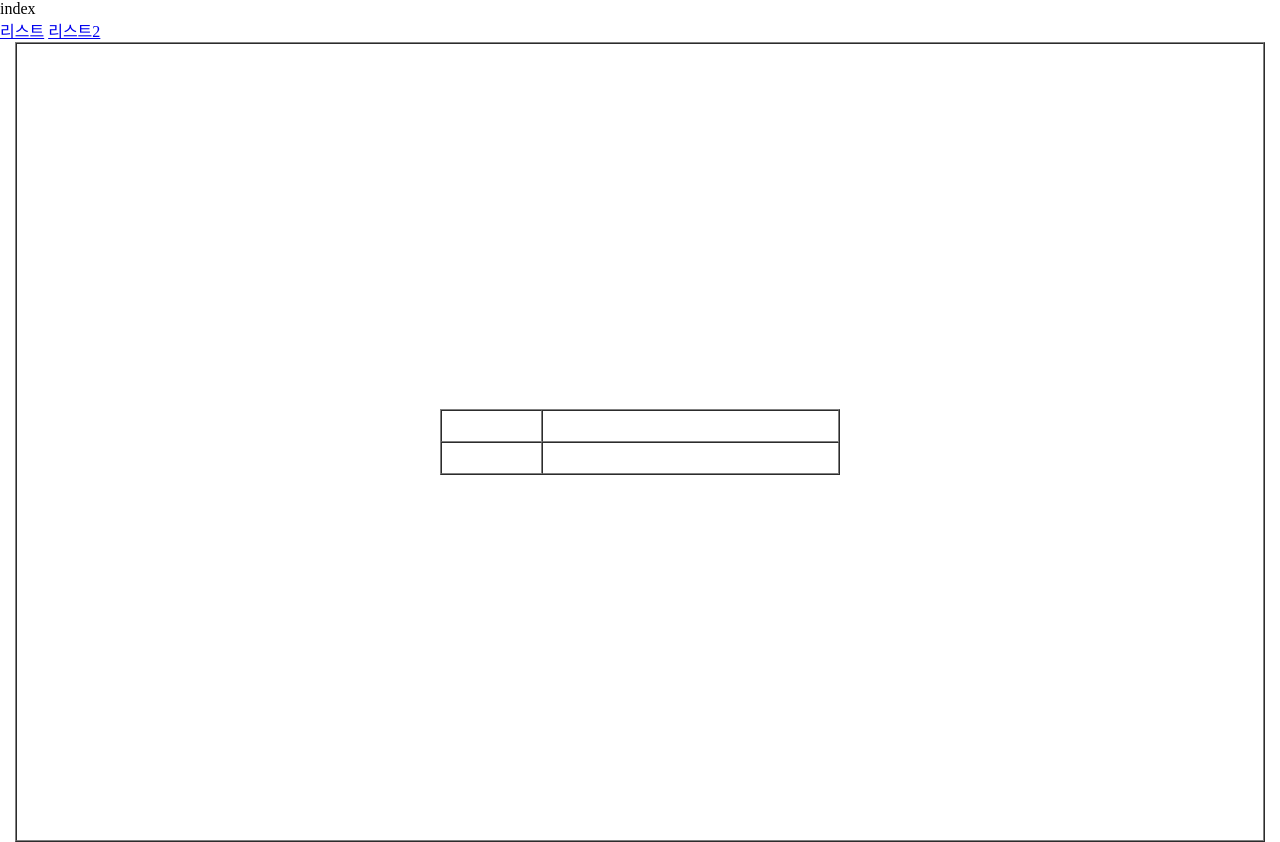
Repository: SniperDitto/save
Page: http://localhost/SpringBoard/
These files come from the project's save history. The page is drawn as it stood at one moment and after the next save; the edit follows.
The browser window is 1280 px wide. The pictures show the whole page.
The page is served by Tomcat 9. Other server files are loaded and not shown.

Above is the page before, as saved 2022-05-30 05:34:31.

### 2022JAVA_YSH 1/JAVA/SpringBoard/SpringBoard/src/main/webapp/index.jsp
<%@page import="java.util.ArrayList"%>
<%@ page language="java" contentType="text/html; charset=UTF-8"
    pageEncoding="UTF-8"%>
<!DOCTYPE html>
<html>
<head>
<meta charset="UTF-8">
<title>home</title>

<style>
	body{
		margin:0px;
		padding:0px;
	}
</style>
</head>
<body>
index<br/>
<a href="boardsList">리스트</a>
<a href="list">리스트2</a>
<table cellpadding="0" cellspacing="0" width="1250" height="800" align="center" border="1px">
	<tr>
		<td width="700px" align="center" valign="middle">
			<form>
				<table cellpadding="0" cellspacing="0" width="400px" align="center" border="1px">
					<tr>
						<td width="100px" height="30px" align="center"></td>
						<td width="300px" height="30px" align="center"></td>
					</tr>
					<tr>
						<td width="100px" height="30px" align="center"></td>
						<td width="300px" height="30px" align="center"></td>
					</tr>
				</table>
			</form>
		</td>
	</tr>
</table>
</body>
</html>

After the next save:
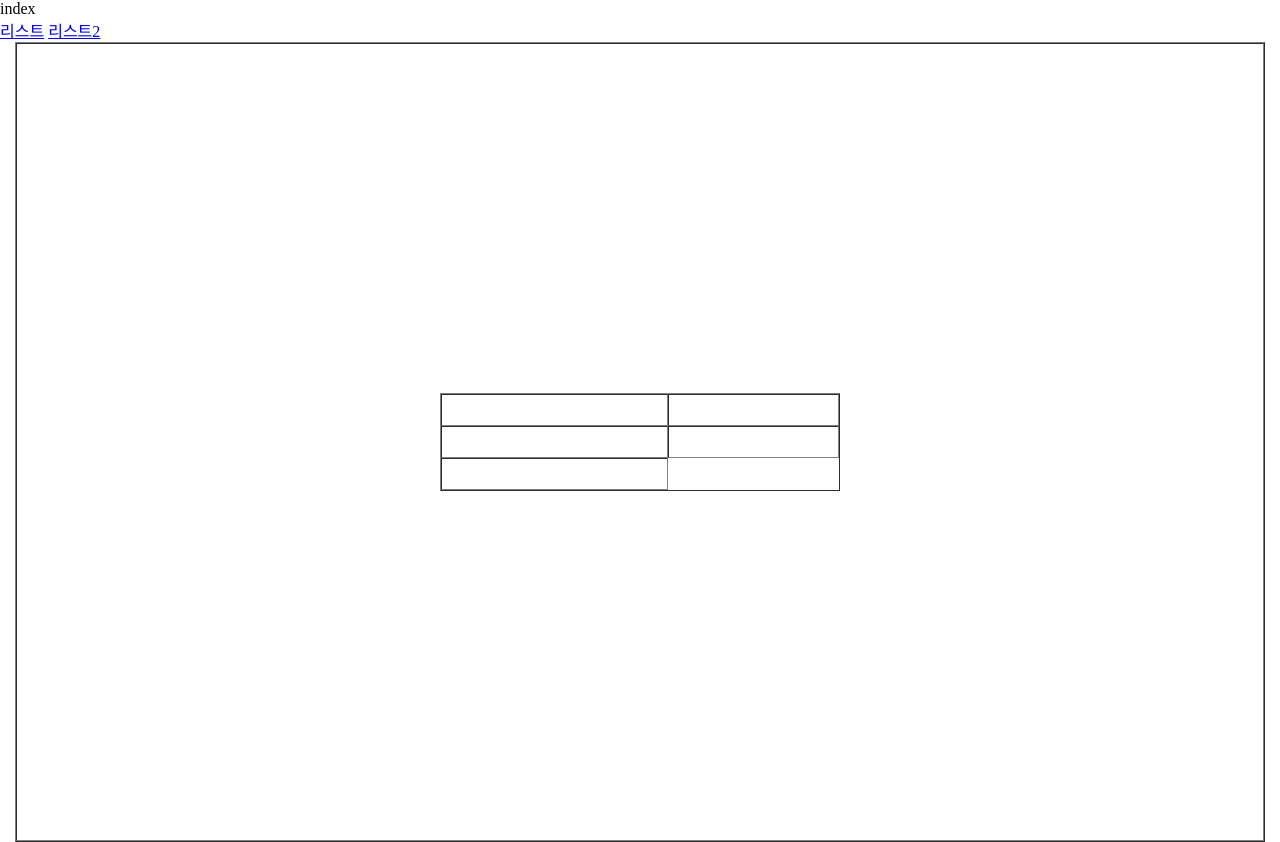
Saved 36 s later.
--- a/2022JAVA_YSH 1/JAVA/SpringBoard/SpringBoard/src/main/webapp/index.jsp
+++ b/2022JAVA_YSH 1/JAVA/SpringBoard/SpringBoard/src/main/webapp/index.jsp
@@ -31,6 +31,9 @@
 						<td width="100px" height="30px" align="center"></td>
 						<td width="300px" height="30px" align="center"></td>
 					</tr>
+					<tr>
+						<td width="400px" height="30px" align="center"></td>
+					</tr>
 				</table>
 			</form>
 		</td>
